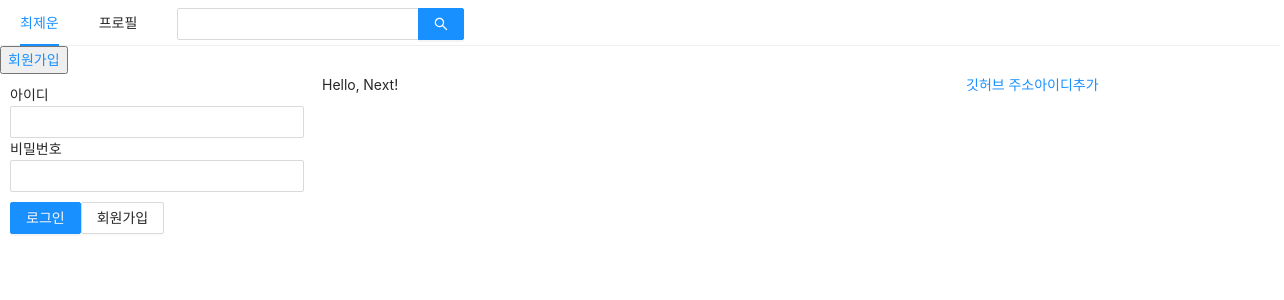
Repository: chlwpdnswku/zerochonext
Page: / (app in front/)
An editor plug-in stored every save of this project. The page is shown before and after the next save, followed by the edit.
The browser window is 1280 px wide. The page is 1284 px wide, so the pictures cover 1284 px, including what lies to the right of the window. The pictures show the whole page.
The project was rebuilt for these pictures with package versions that can differ from the ones it lists, and the page was loaded fresh each time. The framework's server and built-in components were replaced by stand-ins that run in the browser. Also part of the build but not shown: front/components/UserProfile.js.

Above is the page before, as saved 2022-08-28 11:04:01.

After the next save:
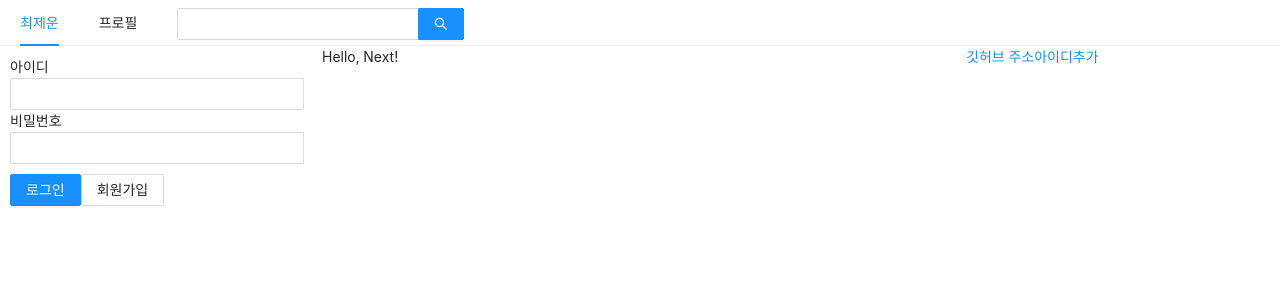
Saved 10 s later.
--- a/front/components/AppLayout.js
+++ b/front/components/AppLayout.js
@@ -30,11 +30,7 @@ function AppLayout({ children }) {
           />
         </Menu.Item>
       </Menu>
-      <Link href='/signup'>
-        <a>
-          <button>회원가입</button>
-        </a>
-      </Link>
+
       <Row gutter={8}>
         <Col xs={24} md={6}>
           {/* Login 구분 */}
